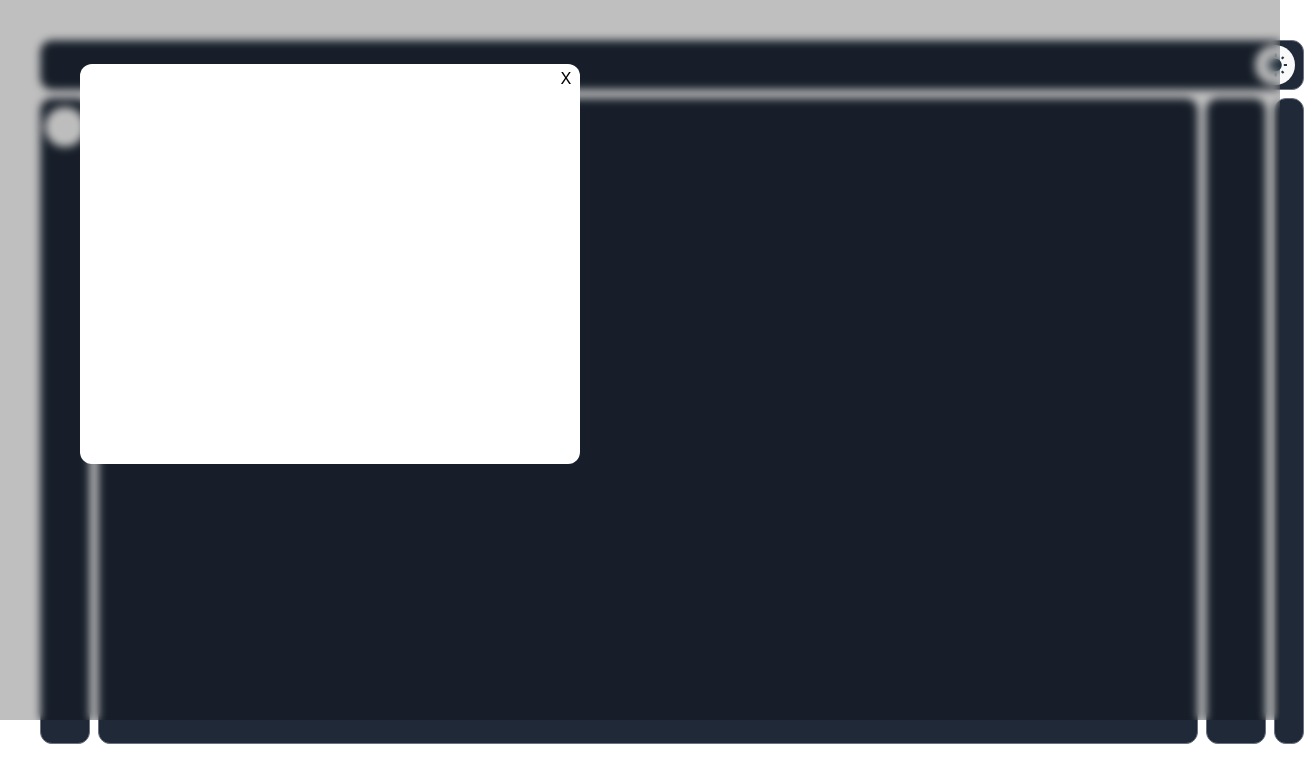
Repository: Wuiserous/Todo-App
Page: /, after clicking the first element matching `button.w-10`
These files come from the project's save history. The page is drawn as it stood at one moment and after a run of saves; the edit follows.
The browser window is 1280 px wide. The page is 1312 px wide, so the pictures cover 1312 px, including what lies to the right of the window. The pictures show the whole page.
The project was rebuilt for these pictures with package versions that can differ from the ones it lists, and the page was loaded fresh each time. Also part of the build but not shown: vite.config.js.

Above is the page before, as saved 2024-11-10 12:42:07.

### src/index.css
/* src/index.css */
@tailwind base;
@tailwind components;
@tailwind utilities;

:root {
  font-family: Inter, system-ui, Avenir, Helvetica, Arial, sans-serif;
  line-height: 1.5;
  font-weight: 400;

  color-scheme: light dark;
  color: rgba(255, 255, 255, 0.87);
  background-color: black;

  font-synthesis: none;
  text-rendering: optimizeLegibility;
  -webkit-font-smoothing: antialiased;
  -moz-osx-font-smoothing: grayscale;
}

a {
  font-weight: 500;
  color: #646cff;
  text-decoration: inherit;
}
a:hover {
  color: #535bf2;
}

h1 {
  font-size: 3.2em;
  line-height: 1.1;
}


button:hover {
  border-color: #646cff;
}
button:focus,
button:focus-visible {
  outline: 4px auto -webkit-focus-ring-color;
}

@media (prefers-color-scheme: light) {
  :root {
    color: #213547;
    background-color: #ffffff;
  }
  a:hover {
    color: #747bff;
  }
  button {
    background-color: #f9f9f9;
  }
}

### src/App.jsx
import { useState } from 'react'
import './App.css'
import { MdWbSunny } from "react-icons/md";
import { AiFillMoon } from "react-icons/ai";
import { IoMdAddCircle } from "react-icons/io";
import ToolBar from './components/ToolBar'
import NavBar from './components/NavBar'
import TaskSpace from './components/TaskSpace'
import Modal from './components/Modal'
import ProgressSpace from './components/ProgressSpace'
import MotivationSpace from './components/MotivationSpace'

function App() {
  const [darkMode, setDarkMode] = useState(false)
  const [showModal, setShowModal] = useState(false)
  const hideModal = () => setShowModal(false)
  return (
    <div className='w-[100vw] overflow-hidden p-2 gap-2 h-[100vh] grid grid-cols-[50px_1100px_60px_1fr] grid-rows-[50px_1fr_1fr_1fr]'>
      <ToolBar bgColor={darkMode?'bg-gray-100' : 'bg-gray-800'} Button={<button className="w-10 focus:outline-none h-10 rounded-full flex items-center justify-center" onClick={() => setShowModal(true)}><IoMdAddCircle className={`${darkMode ? 'text-black' : 'text-white'}`} size={40} /></button>} />
      <NavBar Button={<button className="w-10 h-10 focus:outline-none rounded-full flex items-center justify-center" onClick={() => setDarkMode(!darkMode)}>{darkMode ? <AiFillMoon className='text-black' size={25} /> : <MdWbSunny size={25} />}</button>} bgColor={darkMode?'bg-gray-100' : 'bg-gray-800' }/>
      <TaskSpace bgColor={darkMode?'bg-gray-100' : 'bg-gray-800' } />
      <ProgressSpace bgColor={darkMode?'bg-gray-100' : 'bg-gray-800' } />
      <MotivationSpace bgColor={darkMode?'bg-gray-100' : 'bg-gray-800' } />
      <Modal Show={showModal} hide={hideModal} />
    </div>
  )
}

export default App

### src/components/ToolBar.jsx
export default function ToolBar(props) {
    return (
      <div className={`border ${props.bgColor} border-gray-500 p-2 flex justify-center rounded-xl col-span-1 row-start-2 row-end-5`}>
        {props.Button}
      </div>
    )
}

### src/components/NavBar.jsx
import { useState } from 'react'

export default function NavBar(props) {
    return (
      <div className={`rounded-xl col-span-4 border ${props.bgColor} border-gray-500 flex items-center justify-end p-2`}>
        {props.Button}
      </div>
    )
}

### src/components/TaskSpace.jsx
export default function TaskSpace(props) {
    return (
      <div className={`rounded-xl col-start-2 row-start-2 row-end-5 border ${props.bgColor} border-gray-500`}></div>
    )
}

### src/components/Modal.jsx
import { useState, useEffect } from "react";

export default function Modal(props) {
    const [isVisible, setIsVisible] = useState(false);

    useEffect(() => {
        if (props.Show) {
            // Trigger animation when modal is shown
            setIsVisible(true);
        } else {
            // Reset visibility state when modal is hidden
            setIsVisible(false);
        }
    }, [props.Show]);

    if (!props.Show) return null;

    const hide = (e) => {
        if (e.target.id === "wrapper") props.hide();
    };

    return (
      <div
        className="fixed inset-0 bg-black bg-opacity-25 backdrop-blur-sm"
        id="wrapper"
        onClick={hide}
      >
        <div
          className={`relative w-[500px] top-16 left-20 h-[400px] bg-white rounded-xl flex flex-col justify-center items-center text-black transform transition-all duration-500 ${
            isVisible ? "scale-100 opacity-100" : "scale-50 opacity-0"
          }`}
        >
          <button
            onClick={props.hide}
            className="absolute top-1 right-1 w-5 h-5 p-2 flex items-center justify-center rounded-full focus:outline-none bg-transparent text-black"
          >
            X
          </button>
        </div>
      </div>
    );
}

### src/components/ProgressSpace.jsx
export default function ProgressSpace(props) {
    return (
      <div className={`rounded-xl row-start-2 row-end-5 col-start-3 col-end-4 border ${props.bgColor} border-gray-500`}></div>
    )
}

### src/components/MotivationSpace.jsx
export default function MotivationSpace(props) {
    return (
      <div className={`rounded-xl row-start-2 row-end-5 col-start-4 col-end-4 col-span-3 border ${props.bgColor} border-gray-500`}></div>
    )
}

Loaded but not shown: src/main.jsx (common file); src/App.css (common file); tailwind.config.js (common file)

After the next 3 saves:
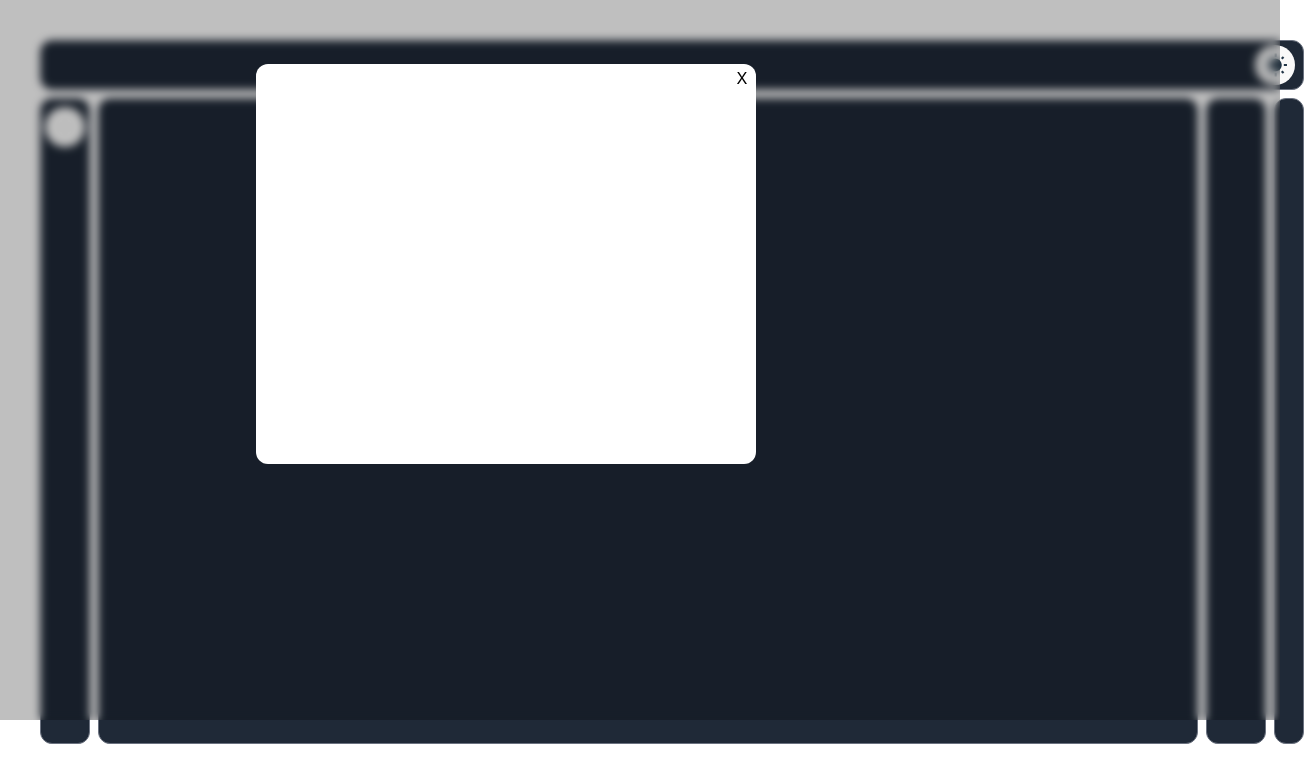
The 3 saves are shown as one change because they came seconds apart.
The last was saved 16 s later.
--- a/src/components/Modal.jsx
+++ b/src/components/Modal.jsx
@@ -26,7 +26,7 @@ export default function Modal(props) {
         onClick={hide}
       >
         <div
-          className={`relative w-[500px] top-16 left-20 h-[400px] bg-white rounded-xl flex flex-col justify-center items-center text-black transform transition-all duration-500 ${
+          className={`relative w-[500px] top-16 left-[20%] h-[400px] bg-white rounded-xl flex flex-col justify-center items-center text-black transform transition-all duration-500 ${
             isVisible ? "scale-100 opacity-100" : "scale-50 opacity-0"
           }`}
         >
